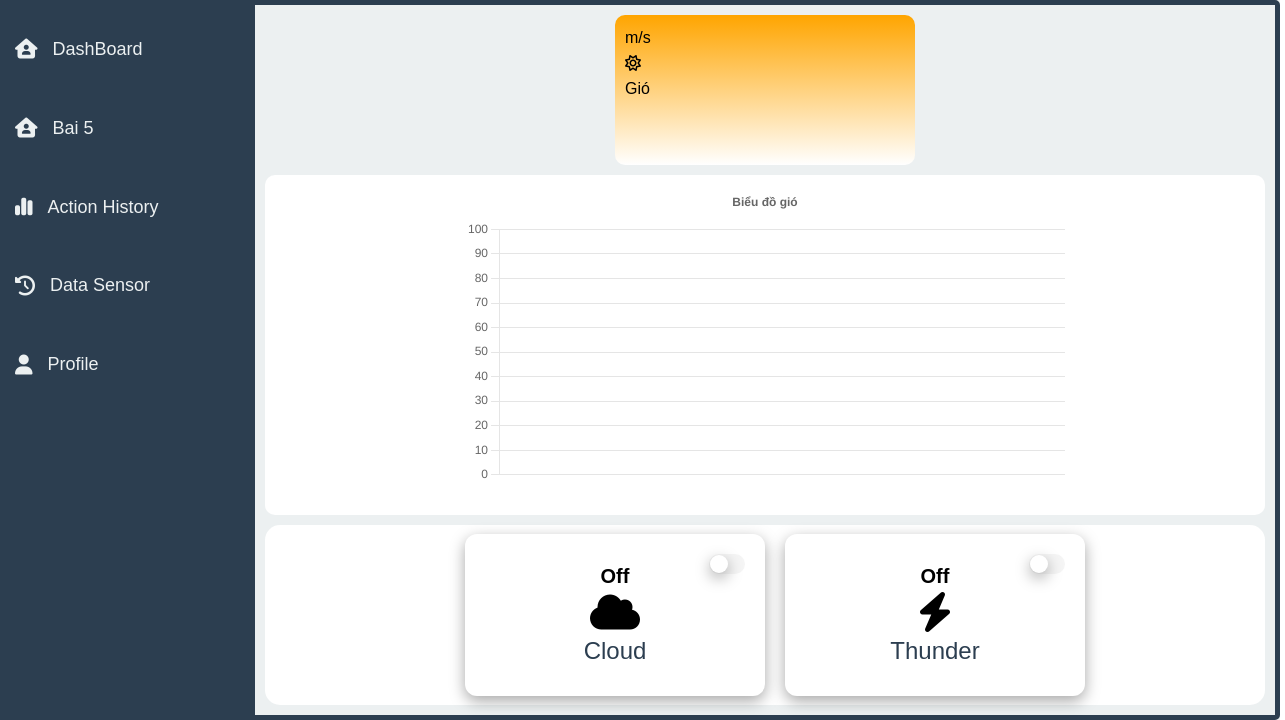
Repository: duongnoob23/duyyyy
Page: /bai5 (app in iot/)
An editor plug-in stored every save of this project. The page is shown before and after the next save, followed by the edit.
The browser window is 1280 px wide. The page is 1285 px wide, so the pictures cover 1285 px, including what lies to the right of the window. The pictures show the whole page.
The page's requests for data from a server got no answer. Some web libraries are served in a nearby version. The project was rebuilt for these pictures with package versions that can differ from the ones it lists, and the page was loaded fresh each time. No one was signed in, and anything a server would have sent is missing. Also part of the build but not shown: iot/src/App.css, iot/src/Components/Doughnut/GaugeChart.js, iot/src/Components/LineChart/LineChartECharts.js, iot/src/Pages/Home/Home.js, iot/src/Pages/DataLogs/DataLogs.js, iot/src/Pages/Profile/Profile.css, iot/src/Pages/Profile/Profile.js, iot/src/Pages/Action/Action.js and 1 more.

Above is the page before, as saved 2024-12-02 22:00:05.

### iot/public/index.html
<!DOCTYPE html>
<html lang="en">
  <head>
    <meta charset="utf-8" />
    <link rel="icon" href="%PUBLIC_URL%/favicon.ico" />
    <meta name="viewport" content="width=device-width, initial-scale=1" />
    <meta name="theme-color" content="#000000" />
    <meta
      name="description"
      content="Web site created using create-react-app"
    />
    <link rel="apple-touch-icon" href="%PUBLIC_URL%/logo192.png" />
    <!--
      manifest.json provides metadata used when your web app is installed on a
      user's mobile device or desktop. See https://developers.google.com/web/fundamentals/web-app-manifest/
    -->
    <link rel="manifest" href="%PUBLIC_URL%/manifest.json" />
    <!--
      Notice the use of %PUBLIC_URL% in the tags above.
      It will be replaced with the URL of the `public` folder during the build.
      Only files inside the `public` folder can be referenced from the HTML.

      Unlike "/favicon.ico" or "favicon.ico", "%PUBLIC_URL%/favicon.ico" will
      work correctly both with client-side routing and a non-root public URL.
      Learn how to configure a non-root public URL by running `npm run build`.
    -->
    <link rel="stylesheet" href="https://cdnjs.cloudflare.com/ajax/libs/font-awesome/6.6.0/css/all.min.css" integrity="sha512-Kc323vGBEqzTmouAECnVceyQqyqdsSiqLQISBL29aUW4U/M7pSPA/gEUZQqv1cwx4OnYxTxve5UMg5GT6L4JJg==" crossorigin="anonymous" referrerpolicy="no-referrer" />
    <title>React App</title>
    <script src="https://code.highcharts.com/highcharts.js"></script>
  </head>
  <body>
    <noscript>You need to enable JavaScript to run this app.</noscript>
    <div id="root"></div>
    <!--
      This HTML file is a template.
      If you open it directly in the browser, you will see an empty page.

      You can add webfonts, meta tags, or analytics to this file.
      The build step will place the bundled scripts into the <body> tag.

      To begin the development, run `npm start` or `yarn start`.
      To create a production bundle, use `npm run build` or `yarn build`.
    -->
  </body>
</html>

### iot/src/index.js
import React from 'react';
import { DatePicker } from 'antd';
import ReactDOM from 'react-dom/client';
import './index.css';
import App from './App';
import reportWebVitals from './reportWebVitals';
import { BrowserRouter } from 'react-router-dom';


const root = ReactDOM.createRoot(document.getElementById('root'));
root.render(
  // <React.StrictMode>
  <BrowserRouter>
    <App />
  </BrowserRouter>

  // </React.StrictMode>
);


reportWebVitals();

### iot/src/index.css
body {
  margin: 0;
  font-family: -apple-system, BlinkMacSystemFont, 'Segoe UI', 'Roboto', 'Oxygen',
    'Ubuntu', 'Cantarell', 'Fira Sans', 'Droid Sans', 'Helvetica Neue',
    sans-serif;
  -webkit-font-smoothing: antialiased;
  -moz-osx-font-smoothing: grayscale;
}

code {
  font-family: source-code-pro, Menlo, Monaco, Consolas, 'Courier New',
    monospace;
}

*{
  box-sizing: border-box;
  font-family: Arial, Helvetica, sans-serif;
}

html{
  font-size: 62.5%;
}

ul,li{
  list-style-type: none;
  margin: 0;
  padding:0;
}
a{
  text-decoration: none;
}

body{
  margin: 0;
  padding: 0;

}

### iot/src/App.js
// import logo from './logo.svg';
import './App.css';
import Layout from './Components/Layout/Layout';
import { Routes,Route} from 'react-router-dom';
import Home from './Pages/Home/Home';
import DataLogs from './Pages/DataLogs/DataLogs';
import Profile from './Pages/Profile/Profile';
import Action from './Pages/Action/Action';
import Bai5 from './Pages/Bai5/Bai5';
function App() {
  return (
    <>

      <Routes>
          <Route path="/" element = {<Layout/>}>
            <Route path='home' element={<Home/>}/>
            <Route path='bai5' element={<Bai5 />}/>
            <Route path='datalogs' element={<DataLogs/>}/>
            <Route path='profile' element={<Profile/>}/>
            <Route path='action' element={<Action/>}/>
          </Route>
      </Routes>
    </>
  );
}

export default App;

### iot/src/Pages/Bai5/Bai5.js


import LineChart from '../../Components/LineChart/LineChart';
import './Bai5.css'
import { useState,useEffect } from "react";

import { URL } from '../../Components/Helper/URL';
import LineChartFix from '../../Components/LineChart/LineChartFix';

function Bai5(){


    // const light1 =document.querySelector("device__light");
    const [turnOn3, setTurnOn3] = useState(JSON.parse(localStorage.getItem('turnOn3')) ? JSON.parse(localStorage.getItem('turnOn3')) : false );
    const [turnOn4, setTurnOn4] = useState(JSON.parse(localStorage.getItem('turnOn4')) ? JSON.parse(localStorage.getItem('turnOn4')) : false );

    // const [chartData, setChartData] = useState({ labels: [], datasets: [] });
    const [dataHome,setDataHome] = useState({
        windspeed:"",
    });
    // const handleDataUpdate = (newData) =>{
    //     setChartData(newData);
    // }
    useEffect(() => {
        localStorage.setItem('turnOn3', JSON.stringify(turnOn3));
        localStorage.setItem('turnOn4', JSON.stringify(turnOn4));
    }, [turnOn3,turnOn4]);

    const fetchPostApi = (numberTurnOn,device,turn) =>{
        const option = {
            stt: "",
            device: `${device}`,
            action: `${numberTurnOn === true ? "Off" : "On"}`,
            turn:`${turn}`,
            time: (() => {
                const now = new Date();
                const year = now.getFullYear();
                const month = String(now.getMonth() + 1).padStart(2, '0'); // Tháng từ 0-11
                const day = String(now.getDate()).padStart(2, '0');
                const hours = String(now.getHours()).padStart(2, '0');
                const minutes = String(now.getMinutes()).padStart(2, '0');
                const seconds = String(now.getSeconds()).padStart(2, '0');
                return `${year}-${month}-${day} ${hours}:${minutes}:${seconds}`;
            })(),
        };
         fetch(URL+`/putAction`,{
             method:"POST",
             headers:{
                 Accept:"application/json",
                 "Content-type":"application/json"
             },
             body:JSON.stringify(option),
         })
         .then( res => res.json())
         .then(data => {
             if(data){
                console.log(data);
             }
         })
    }



    // const handleWind = () => {
    //     setTurnOn(turnOn => !turnOn);
    //     fetchPostApi(turnOn,"wind","data/wind");
    // }

    const handleDataUpdate = (data) =>{
        setDataHome({
            ...dataHome,
            windspeed: data.windspeed,
         });
    }

    const handleTurnOnLight = () => {

    }
     return(
        //
        <>
        <div class="main">
            <div className="section">
                <div className="section-two">
                    <div className="bai5">
                        <div className="bai5-item bai5-one" style={{ backgroundImage:`linear-gradient(to bottom, orange ,white ` }}>
                            <div className="bai5-digit" >{dataHome.windspeed} m/s </div>
                            <i className="fa-regular fa-sun"></i>
                            <div className="light">Gió</div>
                        </div>
                    </div>
                    <div className="chart">
                        <div style={{
                            padding: '0px',
                            marginBottom: "20px"
                            }}>
                            <LineChartFix onDataUpdate={handleDataUpdate} />
                        </div>
                    </div>

                    <div className="control">
                        <ul className="control-list ">
                            <li className="control-item">
                                <div className="control-box">
                                <input checked={turnOn3} type="checkbox" className="control-input" id="control-input1" />
                                <label htmlFor="control-input1" className="control-label" onClick={handleTurnOnLight}></label>
                                    </div>


                                <div className="on-off">{turnOn3 ? "On" : "Off"}</div>
                                <i className={turnOn3 ? "fa-solid fa-cloud control-light show" : "fa-solid fa-cloud control-light"}></i>
                                     <div className="text">Cloud</div>
                            </li>
                            <li className="control-item">
                                <div className="control-box">
                                <input checked={turnOn4} type="checkbox" className="control-input" id="control-input1" />
                                <label htmlFor="control-input1" className="control-label" onClick={handleTurnOnLight}></label>
                                    </div>


                                <div className="on-off">{turnOn4 ? "On" : "Off"}</div>
                                <i className={turnOn4 ? "fa-solid fa-bolt control-light show" : "fa-solid fa-bolt control-light"}></i>
                                     <div className="text">Thunder</div>
                            </li>
                        </ul>
                    </div>
                </div>

            </div>
        </div>
        </>
    )
};
export default Bai5;

### iot/src/Components/Layout/Layout.css


/* Reset default padding and margins */
* {
    margin: 0;
    padding: 0;
    box-sizing: border-box;
}

/* DashBoard container */
.dashBoard {
    display: flex;
    height : 100vh;
    font-family: 'Roboto', sans-serif;
}

/* SideBar styling */
.sideBar {
    width: 250px;
    background-color: #2c3e50;
    padding: 20px 0;
    position: fixed;
    height: 100%;
    transition: all 0.3s ease;
}

.sideBar-list {
    list-style: none;
    padding-left: 0;
}

.sideBar-item {
    margin-bottom: 20px;
}

.sideBar-icon {
    display: flex;
    align-items: center;
    padding: 15px;
    color: #ecf0f1;
    text-decoration: none;
    transition: background 0.3s ease, color 0.3s ease;
}

.sideBar-icon i {
    margin-right: 15px;
    font-size: 20px;
}

/* Hover effect for sidebar items */
.sideBar-icon:hover {
    background-color: #34495e;
    color: #1abc9c;
    cursor: pointer;
    padding-left: 25px; /* Add a slide effect */
    transition: all 0.3s ease;
}

.sideBar-text {
    font-size: 18px;
}

/* Active link effect */
.sideBar-icon.active {
    background-color: #1abc9c;
    color: #fff;
    border-radius: 8px;
    transition: all 0.3s ease;
}

/* SideMain styling */
.sideMain {
    margin-left: 250px;
    background-color: #ecf0f1;
    flex-grow: 1;
}

/* Responsive Design */
@media screen and (max-width: 768px) {
    .sideBar {
        width: 200px;
    }

    .sideBar-icon {
        padding: 10px;
    }

    .sideMain {
        margin-left: 200px;
        padding: 20px;
    }
}

@media screen and (max-width: 576px) {
    .sideBar {
        width: 60px;
    }

    .sideBar-icon i {
        margin-right: 0;
        text-align: center;
        flex: 1;
    }

    .sideBar-text {
        display: none;
    }

    .sideMain {
        margin-left: 60px;
        padding: 10px;
    }
}

### iot/src/Pages/Home/Home.css
/* General Styling */
.main {
    display: flex;
    flex-direction: column;
    height : 100%; /* Chiếm toàn bộ chiều cao của màn hình */

    box-sizing: border-box; /* Đảm bảo padding không làm thay đổi kích thước */
}

.section {
  width: 100%;
  height : 100%;
}



.section-one{
    width: 100%;
    height : 100%;
    display: flex;
    flex-direction: row;

}

.left{
  width: 75%;
}

.right{
  width: 25%;
}

.sensor{
    height: 30%;
}


.sensor-list {
    height: 100%;
    display: flex;
    list-style-type: none;
    padding: 0;
    margin: 0;
    justify-content: space-between; /* Rải đều các phần tử trong container */
    width: 100%; /* Chiếm toàn bộ chiều rộng của màn hình */
}

.sensor-item {
    flex: 1; /* Các phần tử sẽ tự động chiếm đều không gian */
    /* padding: 5px; */
    background-color: #ffffff;
    border-radius: 12px;
    box-shadow: 0 4px 12px rgba(0, 0, 0, 0.1);
    display: flex;
    flex-direction: column;
    align-items: center;
    text-align: center;
    margin: 10px;
    min-width: 50px; /* Đảm bảo các phần tử không quá nhỏ */
}
  .sensor-item .sensor-digit {
    font-size: 1.2em;
    font-weight: bold;
    margin-bottom: 5px;
    color: #333;
  }

  .sensor-item:nth-child(2){
    /* margin:10px 20px; */
  }

  .sensor-bar {
    width: 100%;
    height: 100px;
    background-color: #e0e0e0;
    border-radius: 8px;
    position: relative;
    overflow: hidden;
    margin: 10px 0;
  }

  .sensor-fill {
    position: absolute;
    bottom: 0;
    width: 100%;
    border-radius: 8px;
  }

  .sensor-item.light .sensor-fill {
    background-color: #ffb74d; /* Soft orange for light */
  }

  .sensor-item.temperature .sensor-fill {
    background-color: #ef5350; /* Soft red for temperature */
  }

  .sensor-item.humidity .sensor-fill {
    background-color: #42a5f5; /* Soft blue for humidity */
  }

  .label {
    font-size: 0.9em;
    font-weight: 600;
    color: #777;
  }
  /* Chart Section */
  .chart {
    height: 70%;
    width: 100%;
    /* margin-top: 20px; */
    /* margin: 15px; */
    padding: 0;
  }
.styleChart{
  aspect-ratio: 7/3;
}
  /* Electric Section */
  .electric {
    width: 100%;
    margin-top: 5px;
  }

  .electric-list {
    list-style: none;
    padding: 0;
    margin: 0;
    display: flex;
    flex-direction: column;
    justify-content: space-around;
    gap: 15px;
  }

  .electric-item {
    /* flex: 1; */
    text-align: center;
    padding: 20px;
    background-color: #f9f9f9;
    border-radius: 10px;
    box-shadow: 0px 4px 10px rgba(0, 0, 0, 0.1);
    transition: transform 0.3s ease, box-shadow 0.3s ease;
    width: 300px;
  }




  .electric-box {
    position: relative;
    margin-bottom: 10px;
  }

  .electric-input {
    display: none;
  }

  .electric-label {
    display: block;
    width: 60px;
    height: 30px;
    background-color: #ddd;
    border-radius: 15px;
    position: relative;
    cursor: pointer;
    transition: background-color 0.3s;
  }



  .electric-input:checked + .electric-label {
    background-color: #4caf50;
  }

  .electric-input:checked + .electric-label:before {
    left: 31px;
  }

  .on-off {
    font-weight: bold;
    margin-top: 8px;
    font-size: 16px;
  }

  .electric-item i {
    font-size: 36px;
    color: #4caf50;
  }

  .electric-item .light-icon,
  .electric-item .temp-icon,
  .electric-item .air-icon {
    color: #aaa;
  }

/* css button  */

### iot/src/Components/Helper/URL.js
export const URL = "http://localhost:3001";

### iot/src/Pages/DataLogs/DataLogs.css
*{
    box-sizing: border-box;
}
.table {
    width: 90%;
    border-collapse: collapse;
    margin: 10px;
    border-radius:10px;
    overflow: hidden;
}

.data{
    border:5px solid #2c3e50;
    border-radius: 0 5px 5px 0;
    height: 100%;
}

.table__body{
    border-radius: 10px;
    border: 2px solid #2c3e50;
}

.table__head{
    border: 2px solid #2c3e50;
}
th, td {
    padding: 10px;
    text-align: center;
    border-bottom: 1px solid #ddd;
}
th {
    background-color: #2c3e50;
    color: white;
}

.table-row__body{
    transition: all 0.1s linear;

}
.table-row__body:nth-child(even){
    background-color: #eee;

}
.table-row__body:hover{
    background-color: #2c3e50;
    color: #F4C427;

}

.table-row__body:active{
    background-color: #2c3e50;
    color: #F4C427;
}
.data__title{
    margin-left: 10px;
    font-size: 20px;
    font-weight: bold;
}

.data__sort{
    margin-left: 10px;
    font-size: 15px;
    font-weight: bold;
    margin-bottom: 10px;

}

.data__in{
    border-radius: 10px;
    border: 2px solid #7A40F2;
    margin: 10px;
}

### iot/src/Pages/Action/Action.css
* {
    box-sizing: border-box;
    font-family: 'Arial', sans-serif; /* Change this to your preferred font */
    font-size: 16px; /* Default font size */
    line-height: 1.6; /* Controls line spacing */
}


.action {
    border: 5px solid #2c3e50;
    border-radius: 0 5px 5px 0;
    height: 100vh; /* Full viewport height */
    display: flex;
    flex-direction: column;
    justify-content: space-between; /* Distribute space evenly */
}

.action-title {
    margin-left: 10px;
    font-size: 24px;
    font-weight: bold;
    margin-bottom: 20px;
}

.option {
    display: flex;
    align-items: center;
    margin-bottom: 20px;
}

.search {
    margin-left: 20px;
    display: flex;
    align-items: center;
}

.search__input {
    padding: 8px 15px;
    border-radius: 8px;
    outline: none;
    border: 1px solid #2c3e50;
    margin-right: 5px;
    font-size: 16px;
}

.search__icon {
    cursor: pointer;
    font-size: 20px;
    color: #2c3e50;
}

.select, .select2 {
    margin-left: auto;
    padding: 0 10px;
}

.select__list {
    padding: 8px 12px;
    border-radius: 8px;
    border: 1px solid #2c3e50;
    outline: none;
    font-size: 16px;
}

/* Table container to control overflow */
.table__container {
    flex-grow: 1;
    overflow-y: auto;
    border-radius: 10px;
    margin: 0 20px;
    padding-bottom: 20px;
}

.table {
    width: 100%;
    border-collapse: collapse;
}

.table__head {
    background-color: #2c3e50;
    color: white;
    border-radius: 10px 10px 0 0;
}

.table-row__head th, .table-row__body td {
    padding: 10px;
    text-align: center;
}

.table-row__body:nth-child(even) {
    background-color: #f7f7f7;
}

.table-row__body:hover {
    background-color: #2c3e50;
    color: #F4C427;
}

/* Maintain height to ensure 10 rows fill the page */
.table-row__body {
    height: 40px; /* Adjust this based on design preferences */
    transition: background-color 0.3s;
}

.table__body {
    border-radius: 0 0 10px 10px;
}

.pagination {
    margin-right: 20px;
    padding: 10px 0;
    text-align: right;
}

.pagi__list {
    display: flex;
    justify-content: flex-end;
    align-items: center;
    font-size: 16px;
}

.pagi__item {
    margin: 0 5px;
    cursor: pointer;
    padding: 5px 10px;
    border: 1px solid #3498db;
    border-radius: 5px;
    transition: background-color 0.3s;
}

.pagi__next, .pagi__pre {
    color: #3498db;
}

.pagi__cur {
    font-weight: bold;
    color: #fff;
    background-color: #15181b;
    border-radius: 5px;
    padding: 5px 10px;
}

/* Ensure last row visibility */
.table__container::-webkit-scrollbar {
    width: 6px;
}

.table__container::-webkit-scrollbar-thumb {
    background-color: #121518;
    border-radius: 10px;
}

### iot/src/Pages/Bai5/Bai5.css
.main{
    width: 100%;
    padding:10px;
    height: 100%;
    border:5px solid #2c3e50;
    border-radius: 0 5px 5px 0;
}


.section{
}

.section .section-two{
    height: 100%;
    width: 100%;
    display: flex;
    flex-direction: column;
}



.control{
    background-color: white;
    border-radius: 15px;
}

.control-list{
    display: flex;
    justify-content: center;
    align-items: center;
    margin-left: -20px;
    height: 100%;
}

.control-item{
    width: 80%;
    height: calc(100% / 3 - 10px);
    margin-left: 20px;
    border-radius: 10px;
    padding: 10px;
    box-shadow: rgba(0, 0, 0, 0.35) 0px 5px 15px;
    color:#2c3e50;
    display: flex;
    flex-direction: column;
    justify-content: space-between;
    font-size: 15px;
    transition: all 0.25s linear;
    position: relative;
}



.control-item i{
    font-size: 40px;
}

.control-item .on-off{
    font-size: 20px;
    color: black;
    margin-top: 0;
}

.control-item:hover .on-off{
}

.control-input{
    display: none;
}

.control-input:checked + .control-label{
    background-color: #2c3e50;
    box-shadow: white 0px 5px 15px;
}

.control-input:checked + .control-label:after{
    background-color: white;
    transform: translateX(17px);
}
.control-input:checked .temperature{
    color: #2c3e50;
}


.control-label{
    position: absolute;
    top:20px;
    right: 20px;
    width: 36px;
    height: 20px;
    border-radius: 20px;
    background-color: #F5F5F5;
    transition: all 0.25s linear;
    cursor: pointer;
}

.control-label:after{
    cursor: pointer;
    content: "";
    position:  absolute;
    top:1px;
    left: 1px;
    width: 18px;
    height: 18px;
    border-radius: 50%;
    background-color: white;
    transition: all 0.25s linear;
    box-shadow: rgba(0, 0, 0, 0.35) 0px 5px 15px;
}

.control-item .control-light{
    display: inline-block;
    font-size: 40px;
    color: black;
    transition: all 0.4s linear;
    display: flex;
    justify-content: center;
    align-items: center;
}
.control-item .control-light.show{
    color: yellow;
    filter: drop-shadow(0 0 10px rgba(255, 255, 0, 0.8)) drop-shadow(0 0 20px rgba(255, 255, 0, 0.642));
}

.control-item .control-air{
    display: flex;
    justify-content: center;
    align-items: center;
    color:black;
}

.control-item .control-air.show{
    content: "";
    animation:spin 2s linear infinite;
    color:#3acbe9;
    transition: all 0.4s linear;
}

.control-item .control-temperature{
    display: flex;
    justify-content: center;
    align-items: center;
    color:black;
}

.control-item .control-temperature.show{
    background-image: linear-gradient(to top,red,yellow);
    color:transparent;
    background-clip: text;
    transition: all 0.4s linear;
}

@keyframes spin {
    to{
        transform: rotate(720deg);
    }
  }

.meter{
    background-color: white;
    padding:10px;
    border-radius: 15px;
    margin-bottom: 5px;
}

.meter-list{
    display: flex;
    justify-content: center;
    align-items: center;
    margin-left: -20px;
}

.meter-item{
    width: calc(100% / 3 - 20px);
    height: 120px;
    margin-left: 20px;
    border-radius: 10px;
    padding: 10px;
    box-shadow: rgba(0, 0, 0, 0.35) 0px 5px 15px;
    color:black;
    display: flex;
    flex-direction: column;
    justify-content: space-between;
    font-size: 18px;
    transition: all 0.25s linear;
    position: relative;
}
.meter-item:first-child{
    background-color: #f4c427;
    }



.meter-item:last-child{
    background-color: #3acbe9;
}

.meter-item:nth-child(2){
    background-color: #FF9060;
}

.meter-digit
{
    text-align: start;
    font-size: 24px;
    font-weight: white;
}

.chart{
    width: 100%;
    height: 50%;
    border-radius: 10px;
    background-color: white;
    padding:10px;
    margin-bottom: 10px;
    ;
}



.blink {
    background-color: yellow;
    /* animation: blink 1s infinite; */
    color:black;
  }

  @keyframes blink {
    0%, 100% {
      background-color: yellow;
      color:white;
    }
    50% {
      background-color: transparent;
    }
  }


.bai5{
    background-color: white;
    margin: 0 auto;
    width: 300px;
    height: 25%;
    margin-bottom: 10px;
    border-radius: 10px;
    overflow: hidden;
}

.bai5 .bai5-item{
    padding: 10px;
    height: 100%;
}
.control{
    width: 100%;
    height: 30%;
}

.control-list{
    height: 100%;
    display: flex;
    justify-content: center;
    align-items: center;
    margin-right: -20px;
}

.control-item{
    margin-left: 20px;
    width: 300px;
    height: 90%;
    padding: 10px;
    border-radius: 12px;
    font-size: 32px;
    display: flex;
    justify-content: center;
    align-items: center;
    flex-direction: column;
}

.control-item .text{
    font-size: 24px;
}

.control-item i{
    font-size: 24px;
}

Loaded but not shown: iot/src/reportWebVitals.js (common file); iot/src/Components/LineChart/LineChartFix.js (105 lines, source omitted); iot/src/Components/Layout/Layout.js (61 lines, source omitted)

After the next save:
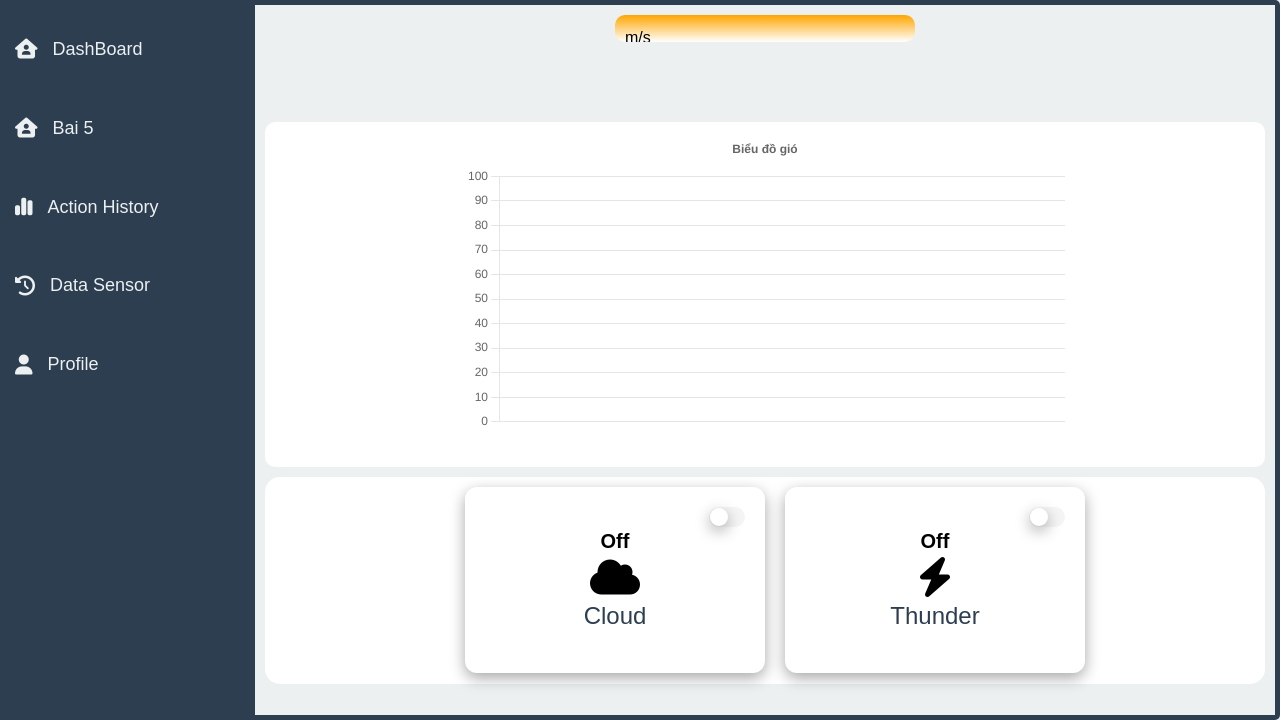
Saved 58 s later.
--- a/iot/src/Pages/Bai5/Bai5.js
+++ b/iot/src/Pages/Bai5/Bai5.js
@@ -82,12 +82,14 @@ function Bai5(){
         <div class="main">
             <div className="section">
                 <div className="section-two">
-                    <div className="bai5">
-                        <div className="bai5-item bai5-one" style={{ backgroundImage:`linear-gradient(to bottom, orange ,white ` }}>
-                            <div className="bai5-digit" >{dataHome.windspeed} m/s </div>
-                            <i className="fa-regular fa-sun"></i>
+                    <div className="container">
+                        <div className="bai5">
+                            <div className="bai5-item bai5-one" style={{ backgroundImage:`linear-gradient(to bottom, orange ,white ` }}>
+                                <div className="bai5-digit" >{dataHome.windspeed} m/s </div>
+                                <i className="fa-regular fa-sun"></i>
                             <div className="light">Gió</div>
                         </div>
+                    </div>
                     </div>
                     <div className="chart">
                         <div style={{
